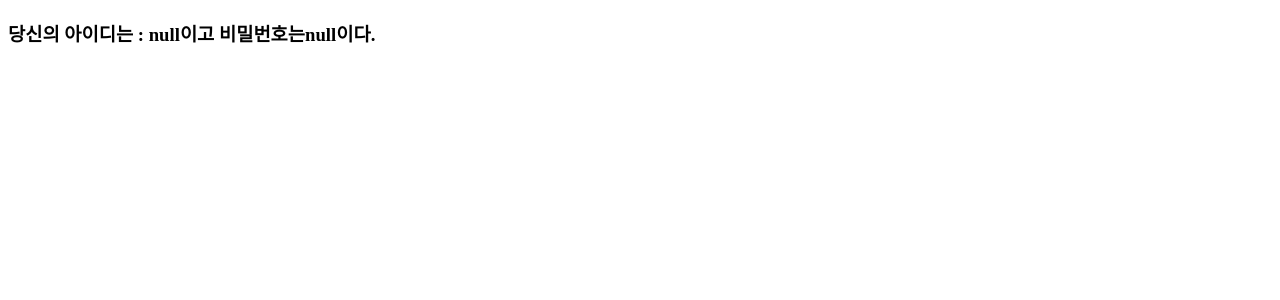
Repository: tldnwkd/jspclass2026
Page: http://localhost/chapter01/Request/RequestLoginProc.jsp
These files come from the project's save history. The page is drawn as it stood at one moment and after the next save; the edit follows.
The browser window is 1280 px wide. The pictures show the whole page.
The page is served by Tomcat 9.

Above is the page before, as saved 2026-10-19 06:12:13.

### chapter01/src/main/webapp/Request/RequestLoginProc.jsp
<%@ page language="java" contentType="text/html; charset=UTF-8"
    pageEncoding="UTF-8" import="java.util.*"%>
<!DOCTYPE html>
<html>
<head>
<meta charset="UTF-8">
<title>Insert title here</title>
</head>
<body>
	<!--
		post방식으로 정보를 전달할 때 한글의 꺠짐 현상방지 코드
		자바코드를 작성할때는 스크립트 요소중 하나인 스크립트릿을 이용한다.
	-->
	<%
		request.setCharacterEncoding("utf-8");
		/*
			request의 내장객체에 getParameter("name") 메소드를 이용하여
			form에 입력한 정보를 꺼내올 수 있다.
			단, request.getParameter("name")의 반환 데이터형식은 String이다.
		*/
		// "id"라는 name을 가진 input의 정보를 getParameter()를 통해 꺼내서
		// 데이터 타입이 String인 id라는 변수에 값을 저장한다.
		String id = request.getParameter("id");
		String pass = request.getParameter("pass");
	%>

	<h3>당신의 아이디는 : <%=id %>이고 비밀번호는<%=pass %>이다.</h3>
</body>
</html>

After the next save:
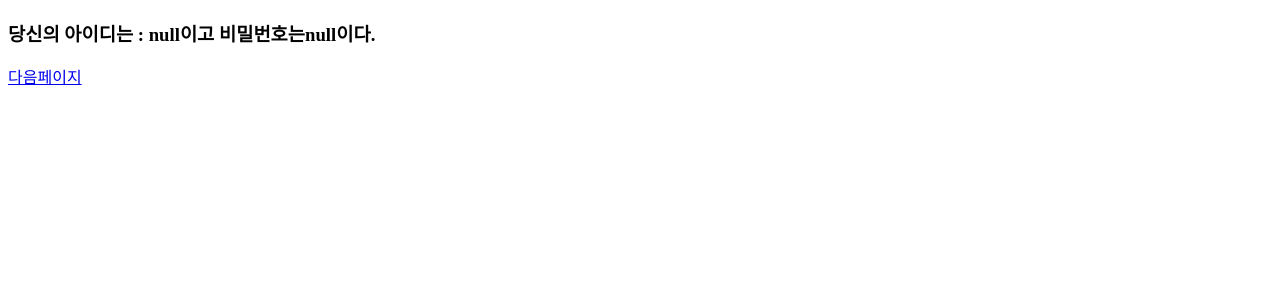
Saved 95 s later.
--- a/chapter01/src/main/webapp/Request/RequestLoginProc.jsp
+++ b/chapter01/src/main/webapp/Request/RequestLoginProc.jsp
@@ -25,5 +25,6 @@
 	%>
 
 	<h3>당신의 아이디는 : <%=id %>이고 비밀번호는<%=pass %>이다.</h3>
+	<a href="RequestForward.jsp">다음페이지</a>
 </body>
 </html>
